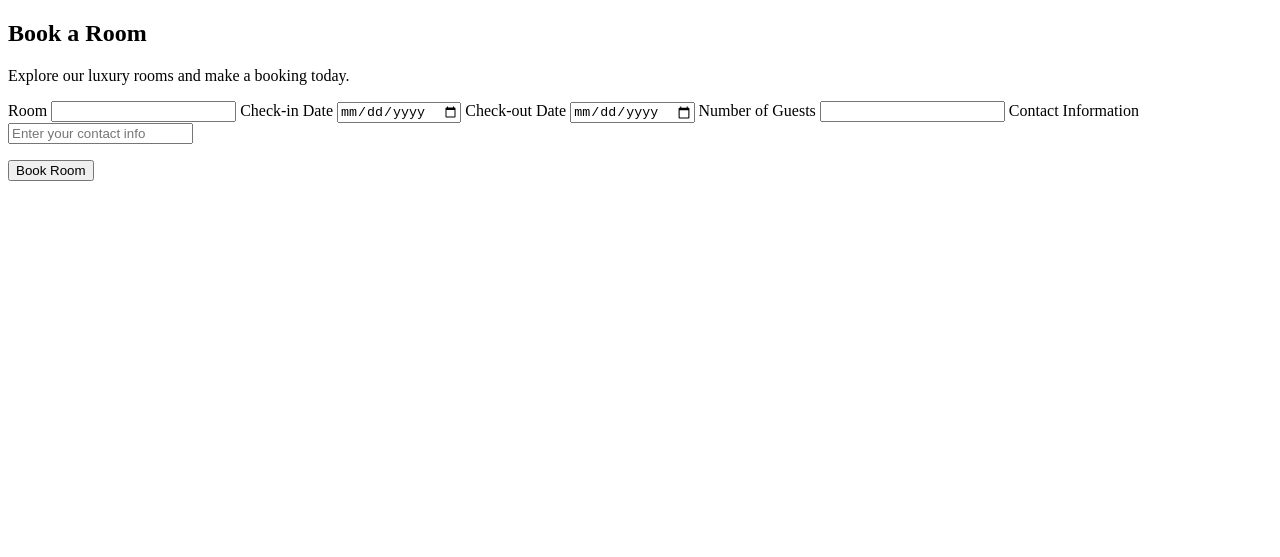
Repository: malingubarnice/Online-Reservation-System
Page: seperate_room.html
An editor plug-in stored every save of this project. The page is shown before and after the next save, followed by the edit.
The browser window is 1280 px wide. The pictures show the whole page.

Above is the page before, as saved 2025-04-03 17:57:38.
Console error: TypeError: Cannot read properties of null (reading 'setAttribute')

After the next save:
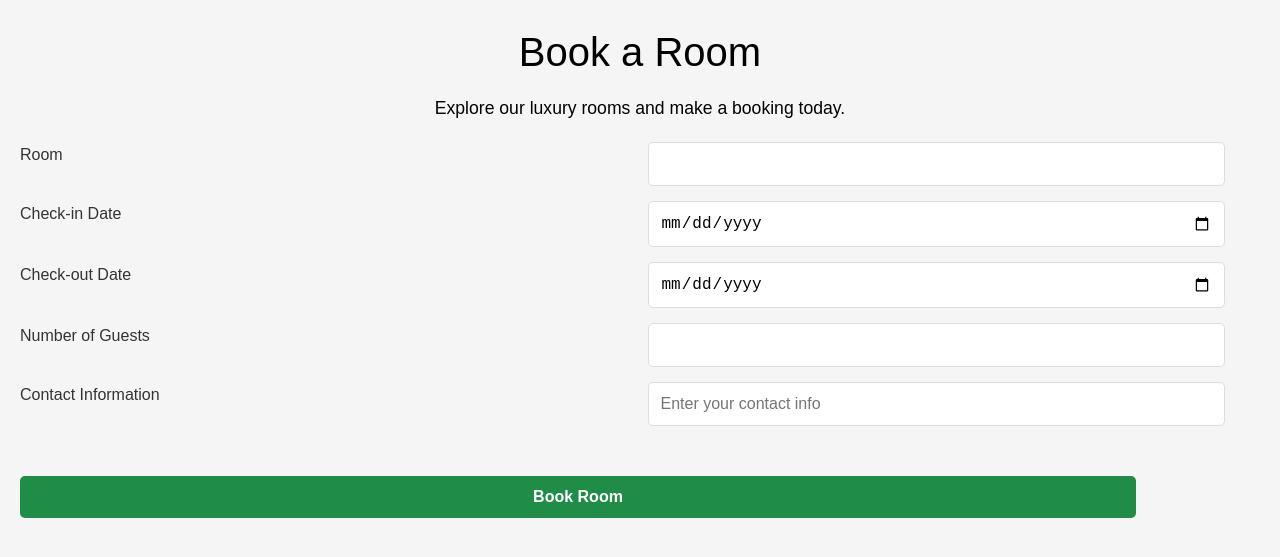
Console error: TypeError: Cannot read properties of null (reading 'addEventListener')
Saved 36 s later.
--- a/seperate_room.html
+++ b/seperate_room.html
@@ -4,6 +4,7 @@
     <meta charset="UTF-8">
     <meta name="viewport" content="width=device-width, initial-scale=1.0">
     <title>Room Booking</title>
+    <link rel="stylesheet" href="styles.css">
 </head>
 <body>
     <!-- Rooms Section -->
@@ -66,6 +67,8 @@
     });
   </script>
 
+  <script src="script.js"></script>
+
 
 
 </body>
